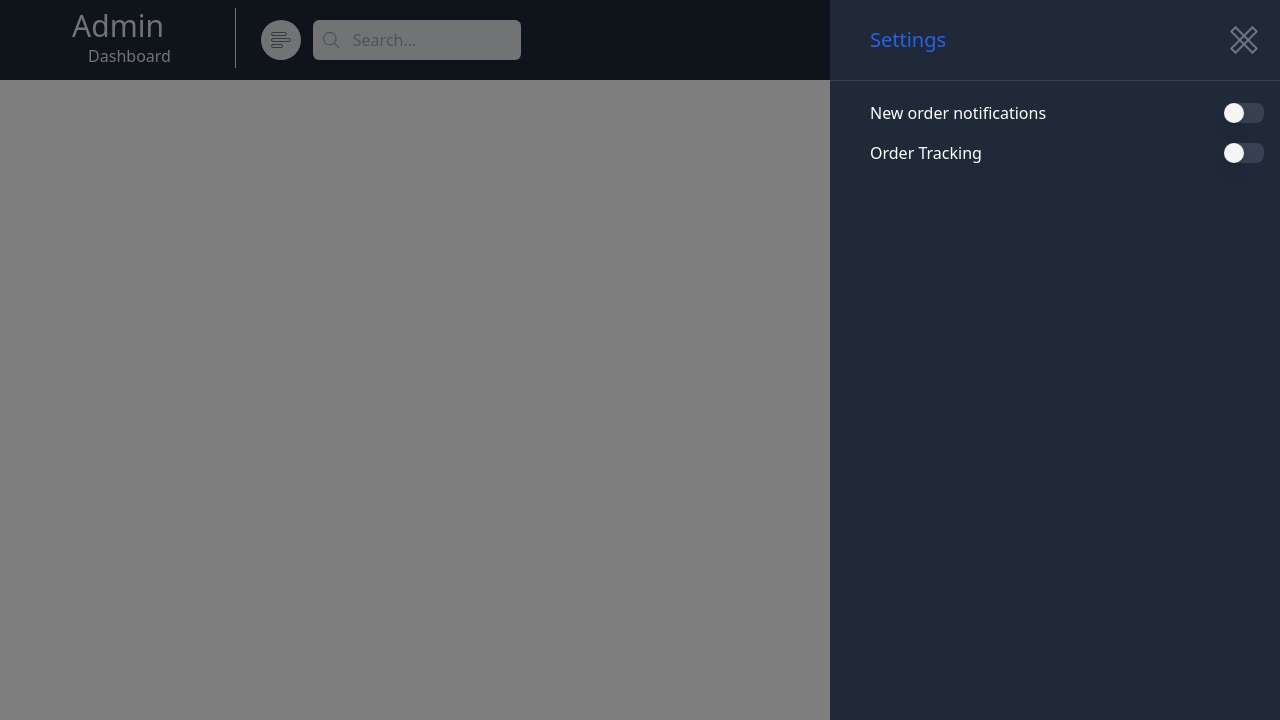
Repository: hsumyatm7308/Dashboard
Page: task/resources/views/dashboard.html
An editor plug-in stored every save of this project. The page is shown before and after the next save, followed by the edit.
The browser window is 1280 px wide. The pictures show the whole page.
Some web libraries are served in a nearby version.

Above is the page before, as saved 2023-09-18 19:09:13.

### task/resources/views/dashboard.html
<!DOCTYPE html>
<html>

<head>
    <title>Dashboard</title>
    <script src="https://cdn.tailwindcss.com"></script>

</head>

<style>
    #toggle-switch:checked+.relative .rounded-full {
        transform: translate-x-full;
    }
</style>

<body>
    <section>
        <nav class="w-screen bg-gray-800">
            <div class=" flex justify-end items-center relative p-2">
                <div
                    class="lg:w-[20%] md:w-[30%] md:block hidden flex justify-center items-center absolute left-0 top-0 p-2">
                    <!-- side bar  -->
                    <div class="w-[95%]  flex justify-center items-center border-r">
                        <!-- brand  -->
                        <div class="text-gray-200 ">
                            <span class="text-3xl"> Admin</span>
                            <p class="indent-4">Dashboard</p>
                        </div>

                    </div>

                </div>
                <div class="lg:w-[80%] md:w-[70%] sm:w-full  flex justify-between items-center p-3 pl-0">
                    <div class="flex justify-center items-center ml-4 md:ml-0">
                        <div class="w-10 h-10 flex justify-center items-center flex-col rounded-full bg-gray-200">
                            <div>
                                <div class="w-4 h-1 border border-gray-500 rounded mb-[2px]"></div>
                                <div class="w-5 h-1 border border-gray-500 rounded mb-[2px]"></div>
                                <div class="w-3 h-1 border border-gray-500 rounded "></div>
                            </div>
                        </div>
                        <form action="" method="post">
                            <div class="relative ml-3">
                                <svg xmlns="http://www.w3.org/2000/svg" fill="none" viewBox="0 0 24 24"
                                    stroke-width="1.5" stroke="currentColor"
                                    class="w-5 h-5 absolute left-2 top-[10px] text-gray-400">
                                    <path stroke-linecap="round" stroke-linejoin="round"
                                        d="M21 21l-5.197-5.197m0 0A7.5 7.5 0 105.196 5.196a7.5 7.5 0 0010.607 10.607z" />
                                </svg>

                                <input type="search"
                                    class="w-52 bg-gray-200 rounded-md outline-none focus:ring-2 focus:ring-blue-500 pl-10 py-2 px-1"
                                    placeholder="Search...">
                            </div>

                        </form>
                    </div>

                    <div class="md:mr-10 sm:mr-0 flex justify-center items-center">
                        <div
                            class="w-16 bg-gray-200 text-gray-600 rounded-lg flex justify-center items-center hidden md:flex cursor-pointer hover:bg-gray-300  py-2 mr-3 ">
                            <svg xmlns="http://www.w3.org/2000/svg" fill="none" viewBox="0 0 24 24" stroke-width="1.5"
                                stroke="currentColor" class="w-6 h-6">
                                <path stroke-linecap="round" stroke-linejoin="round"
                                    d="M9.594 3.94c.09-.542.56-.94 1.11-.94h2.593c.55 0 1.02.398 1.11.94l.213 1.281c.063.374.313.686.645.87.074.04.147.083.22.127.324.196.72.257 1.075.124l1.217-.456a1.125 1.125 0 011.37.49l1.296 2.247a1.125 1.125 0 01-.26 1.431l-1.003.827c-.293.24-.438.613-.431.992a6.759 6.759 0 010 .255c-.007.378.138.75.43.99l1.005.828c.424.35.534.954.26 1.43l-1.298 2.247a1.125 1.125 0 01-1.369.491l-1.217-.456c-.355-.133-.75-.072-1.076.124a6.57 6.57 0 01-.22.128c-.331.183-.581.495-.644.869l-.213 1.28c-.09.543-.56.941-1.11.941h-2.594c-.55 0-1.02-.398-1.11-.94l-.213-1.281c-.062-.374-.312-.686-.644-.87a6.52 6.52 0 01-.22-.127c-.325-.196-.72-.257-1.076-.124l-1.217.456a1.125 1.125 0 01-1.369-.49l-1.297-2.247a1.125 1.125 0 01.26-1.431l1.004-.827c.292-.24.437-.613.43-.992a6.932 6.932 0 010-.255c.007-.378-.138-.75-.43-.99l-1.004-.828a1.125 1.125 0 01-.26-1.43l1.297-2.247a1.125 1.125 0 011.37-.491l1.216.456c.356.133.751.072 1.076-.124.072-.044.146-.087.22-.128.332-.183.582-.495.644-.869l.214-1.281z" />
                                <path stroke-linecap="round" stroke-linejoin="round"
                                    d="M15 12a3 3 0 11-6 0 3 3 0 016 0z" />
                            </svg>
                            <span class="ml-2 mr-1 text-blue-600">3</span>
                        </div>


                        <div
                            class="w-16 bg-gray-200 text-gray-600 rounded-lg flex justify-center items-center cursor-pointer hover:bg-gray-300 py-2 mr-3 nav-toggle-item">
                            <svg xmlns="http://www.w3.org/2000/svg" fill="none" viewBox="0 0 24 24" stroke-width="1.5"
                                stroke="currentColor" class="w-6 h-6">
                                <path stroke-linecap="round" stroke-linejoin="round"
                                    d="M14.857 17.082a23.848 23.848 0 005.454-1.31A8.967 8.967 0 0118 9.75v-.7V9A6 6 0 006 9v.75a8.967 8.967 0 01-2.312 6.022c1.733.64 3.56 1.085 5.455 1.31m5.714 0a24.255 24.255 0 01-5.714 0m5.714 0a3 3 0 11-5.714 0" />
                            </svg>

                            <span class="ml-2 mr-1 text-blue-600">3</span>
                        </div>


                        <div class="flex justify-center items-center">
                            <div class="w-10 h-10 flex justify-center items-center flex-col rounded-full bg-gray-200">
                                <img src="" alt="">
                            </div>
                            <div class="flex justify-center items-center ml-1 nav-toggle-item">
                                <span class="text-blue-600 cursor-pointer">James Luwis</span>

                                <svg xmlns="http://www.w3.org/2000/svg" fill="none" viewBox="0 0 24 24"
                                    stroke-width="1.5" stroke="currentColor"
                                    class="w-4 h-4 text-blue-600 mt-1 font-semibold">
                                    <path stroke-linecap="round" stroke-linejoin="round"
                                        d="M19.5 8.25l-7.5 7.5-7.5-7.5" />
                                </svg>

                            </div>
                        </div>

                        <div>

                        </div>
                    </div>
                </div>

            </div>


        </nav>

        <!-- notification modal  -->
        <div class="" hidden>
            <div class="w-64 bg-gray-800 border rounded shadow-lg absolute right-5 md:right-52 top-20 mt-1 modal">
                <div class="text-gray-200 flex justify-center items-center flex-col pb-3">
                    <div class="w-full flex justify-center items-center border-b border-b-gray-100">
                        <div class="p-3">
                            <a href="" class="text-xl text-blue-600 capitalize">notifications</a>

                        </div>
                    </div>

                    <div class="py-4">
                        <div class="flex  items-center self-start pb-4">
                            <div class="w-12 h-12 flex justify-center items-center bg-blue-100 text-blue-500 mr-3">
                                <svg xmlns="http://www.w3.org/2000/svg" fill="none" viewBox="0 0 24 24"
                                    stroke-width="1.5" stroke="currentColor" class="w-6 h-6">
                                    <path stroke-linecap="round" stroke-linejoin="round"
                                        d="M12 8.25v-1.5m0 1.5c-1.355 0-2.697.056-4.024.166C6.845 8.51 6 9.473 6 10.608v2.513m6-4.87c1.355 0 2.697.055 4.024.165C17.155 8.51 18 9.473 18 10.608v2.513m-3-4.87v-1.5m-6 1.5v-1.5m12 9.75l-1.5.75a3.354 3.354 0 01-3 0 3.354 3.354 0 00-3 0 3.354 3.354 0 01-3 0 3.354 3.354 0 00-3 0 3.354 3.354 0 01-3 0L3 16.5m15-3.38a48.474 48.474 0 00-6-.37c-2.032 0-4.034.125-6 .37m12 0c.39.049.777.102 1.163.16 1.07.16 1.837 1.094 1.837 2.175v5.17c0 .62-.504 1.124-1.125 1.124H4.125A1.125 1.125 0 013 20.625v-5.17c0-1.08.768-2.014 1.837-2.174A47.78 47.78 0 016 13.12M12.265 3.11a.375.375 0 11-.53 0L12 2.845l.265.265zm-3 0a.375.375 0 11-.53 0L9 2.845l.265.265zm6 0a.375.375 0 11-.53 0L15 2.845l.265.265z" />
                                </svg>


                            </div>

                            <span class="">
                                <span class="block">John's birthday.</span>
                                <span class="text-xs">12 Feb 2023, 3:33 PM</span>
                            </span>
                        </div>

                        <div class="flex justify- items-center self-start mb-3">
                            <div class="w-12 h-12 flex justify-center items-center bg-green-100  text-green-500 mr-3">
                                <svg xmlns="http://www.w3.org/2000/svg" fill="none" viewBox="0 0 24 24"
                                    stroke-width="1.5" stroke="currentColor" class="w-6 h-6">
                                    <path stroke-linecap="round" stroke-linejoin="round"
                                        d="M2.25 18L9 11.25l4.306 4.307a11.95 11.95 0 015.814-5.519l2.74-1.22m0 0l-5.94-2.28m5.94 2.28l-2.28 5.941" />
                                </svg>


                            </div>

                            <span class="">
                                <span class="block">New trend for you.</span>
                                <span class="text-xs">12 Feb 2023, 3:33 PM</span>
                            </span>
                        </div>

                        <div class="flex justify- items-center self-start pb-4">
                            <div class="w-12 h-12 flex justify-center items-center bg-red-100 text-red-500 mr-3">
                                <svg xmlns="http://www.w3.org/2000/svg" fill="none" viewBox="0 0 24 24"
                                    stroke-width="1.5" stroke="currentColor" class="w-6 h-6">
                                    <path stroke-linecap="round" stroke-linejoin="round"
                                        d="M6.633 10.5c.806 0 1.533-.446 2.031-1.08a9.041 9.041 0 012.861-2.4c.723-.384 1.35-.956 1.653-1.715a4.498 4.498 0 00.322-1.672V3a.75.75 0 01.75-.75A2.25 2.25 0 0116.5 4.5c0 1.152-.26 2.243-.723 3.218-.266.558.107 1.282.725 1.282h3.126c1.026 0 1.945.694 2.054 1.715.045.422.068.85.068 1.285a11.95 11.95 0 01-2.649 7.521c-.388.482-.987.729-1.605.729H13.48c-.483 0-.964-.078-1.423-.23l-3.114-1.04a4.501 4.501 0 00-1.423-.23H5.904M14.25 9h2.25M5.904 18.75c.083.205.173.405.27.602.197.4-.078.898-.523.898h-.908c-.889 0-1.713-.518-1.972-1.368a12 12 0 01-.521-3.507c0-1.553.295-3.036.831-4.398C3.387 10.203 4.167 9.75 5 9.75h1.053c.472 0 .745.556.5.96a8.958 8.958 0 00-1.302 4.665c0 1.194.232 2.333.654 3.375z" />
                                </svg>

                            </div>

                            <span class="">
                                <span class="block">Admin has new like.</span>
                                <span class="text-xs">12 Feb 2023, 3:33 PM</span>
                            </span>
                        </div>
                    </div>

                </div>
            </div>
        </div>

        <!-- useraccount modal  -->
        <div class="" hidden>
            <div class="w-52 bg-gray-800 border rounded shadow-lg absolute right-5 md:right-12 top-20 mt-1 modal">
                <div class="text-gray-200 flex justify-center items-center flex-col pb-3">
                    <div class="w-full flex justify-center items-center border-b border-b-gray-100">
                        <div class="p-3">
                            <a href="" class="text-xl text-blue-600 capitalize">James Luwis</a>

                        </div>
                    </div>
                    <div class="flex justify-center items-center self-start p-3">
                        <svg xmlns="http://www.w3.org/2000/svg" fill="none" viewBox="0 0 24 24" stroke-width="1.5"
                            stroke="currentColor" class="w-6 h-6 ">
                            <path stroke-linecap="round" stroke-linejoin="round"
                                d="M15.75 6a3.75 3.75 0 11-7.5 0 3.75 3.75 0 017.5 0zM4.501 20.118a7.5 7.5 0 0114.998 0A17.933 17.933 0 0112 21.75c-2.676 0-5.216-.584-7.499-1.632z" />
                        </svg>

                        <a href="" class="ml-2">My Account</a>
                    </div>

                    <div class="flex justify-center items-center self-start p-3">
                        <svg xmlns="http://www.w3.org/2000/svg" fill="none" viewBox="0 0 24 24" stroke-width="1.5"
                            stroke="currentColor" class="w-6 h-6">
                            <path stroke-linecap="round" stroke-linejoin="round"
                                d="M21.75 6.75v10.5a2.25 2.25 0 01-2.25 2.25h-15a2.25 2.25 0 01-2.25-2.25V6.75m19.5 0A2.25 2.25 0 0019.5 4.5h-15a2.25 2.25 0 00-2.25 2.25m19.5 0v.243a2.25 2.25 0 01-1.07 1.916l-7.5 4.615a2.25 2.25 0 01-2.36 0L3.32 8.91a2.25 2.25 0 01-1.07-1.916V6.75" />
                        </svg>


                        <a href="" class="ml-1">Email</a>
                    </div>

                    <div class="flex justify-center items-center self-start p-3 pb-4">
                        <svg xmlns="http://www.w3.org/2000/svg" fill="none" viewBox="0 0 24 24" stroke-width="1.5"
                            stroke="currentColor" class="w-6 h-6">
                            <path stroke-linecap="round" stroke-linejoin="round"
                                d="M5.636 5.636a9 9 0 1012.728 0M12 3v9" />
                        </svg>


                        <a href="" class="ml-2">Log Out</a>
                    </div>

                </div>
            </div>
        </div>


        <!-- setting modal  -->
        <div>
            <div class="modal flex justify-center items-center">

                <div
                    class="w-full h-[100vh] bg-[linear-gradient(rgba(0,0,0,.5),rgba(0,0,0,.5))] fixed left-0 top-0 modal-dialog">
                </div>

                <div class="w-[450px] h-[100vh] bg-gray-800  absolute z-10 right-0 top-0">

                    <div class="w-full flex items-center border-b border-b-gray-700   pl-10 pr-4  py-5 ">
                        <div class="w-full text-white flex justify-between items-center">
                            <h3 class="text-xl text-blue-600">Settings</h3>
                            <div class="w-10 h-10 flex justify-center items-center flex-col rounded-full  bg-100">
                                <div class="w-8 h-2 border-2 border-gray-500 transform rotate-45 translate-y-1"></div>
                                <div class="w-8 h-2 border-2 border-gray-500 transform -rotate-45 -translate-y-1"></div>
                            </div>
                        </div>
                    </div>


                    <div>
                        <div class=" pl-10 pr-4  py-5">
                            <ul>
                                <li class="text-white flex justify-between items-center mb-4">
                                    <span class="">New order notifications</span>
                                    <label for="toggle-switch" class="flex items-center cursor-pointer">
                                        <input type="checkbox" id="toggle-switch" class="hidden togglebtn">
                                        <div class="relative w-10 h-5 bg-gray-700 rounded-lg">
                                            <div
                                                class="absolute left-0 w-5 h-5 rounded-full bg-stone-100 drop-shadow-lg transform translate-x-0 transition-transform slide">
                                            </div>
                                        </div>
                                    </label>
                                </li>

                                <li class="text-white flex justify-between items-center mb-4">
                                    <span class="">Order Tracking</span>
                                    <label for="toggle-switch2" class="flex items-center cursor-pointer">
                                        <input type="checkbox" id="toggle-switch2" class="hidden togglebtn">
                                        <div class="relative w-10 h-5 bg-gray-700 rounded-lg">
                                            <div
                                                class="absolute left-0 w-5 h-5 rounded-full bg-stone-100 drop-shadow-lg transform translate-x-0 transition-transform slide">
                                            </div>
                                        </div>
                                    </label>
                                </li>


                            </ul>
                        </div>
                    </div>


                </div>


            </div>

        </div>



    </section>




    <script>
        const navtoggleitem = document.querySelectorAll('.nav-toggle-item');
        const useraccountmodal = document.querySelectorAll('.modal');

        Array.from(navtoggleitem).forEach((ele, idx) => {
            ele.addEventListener('click', function () {
                useraccountmodal[idx].parentElement.toggleAttribute('hidden');
            });
        });


        function updatetogglestate(idx, checked) {
            localStorage.setItem(`toggle_${idx}`, JSON.stringify(checked));
        }



        function gettogglestate(idx) {

            const savestate = localStorage.getItem(`toggle_${idx}`);
            console.log(savestate)

            return savestate ? JSON.parse(savestate) : false;




        }
        gettogglestate();


        const toggleSwitches = document.querySelectorAll('.togglebtn');

        toggleSwitches.forEach((toggleswitch, idx) => {

            toggleswitch.checked = gettogglestate(idx);




            toggleswitch.addEventListener('change', function () {
                const slide = document.querySelectorAll('.slide');
                if (this.checked) {
                    slide[idx].classList.replace('left-0', 'right-0');
                    slide[idx].parentElement.classList.replace('bg-gray-700', 'bg-gray-500');
                } else {
                    slide[idx].classList.replace('right-0', 'left-0');
                    slide[idx].parentElement.classList.replace('bg-gray-500', 'bg-gray-700');
                }

                updatetogglestate(idx, this.checked)


                console.log(localStorage.getItem(`toggle_${idx}`) === 'false')

            });


        });


    </script>
</body>

</html>

After the next save:
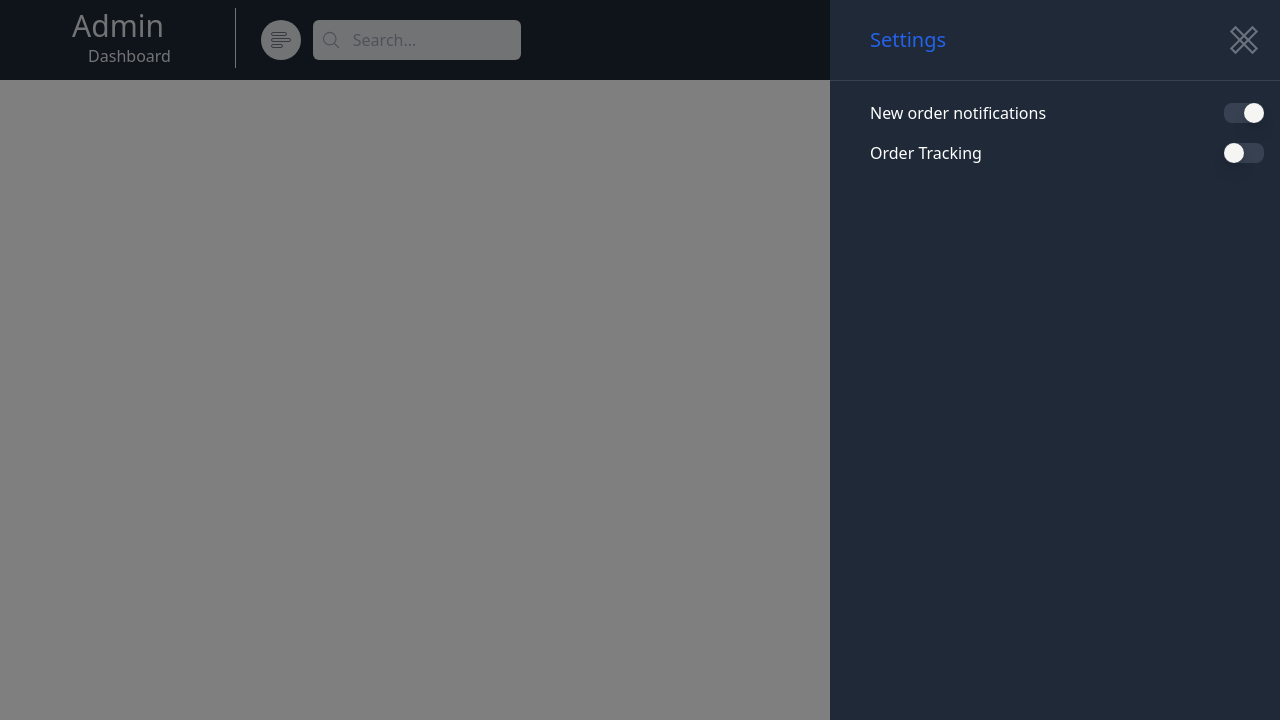
Saved 36 s later.
--- a/task/resources/views/dashboard.html
+++ b/task/resources/views/dashboard.html
@@ -254,7 +254,7 @@
                                         <input type="checkbox" id="toggle-switch" class="hidden togglebtn">
                                         <div class="relative w-10 h-5 bg-gray-700 rounded-lg">
                                             <div
-                                                class="absolute left-0 w-5 h-5 rounded-full bg-stone-100 drop-shadow-lg transform translate-x-0 transition-transform slide">
+                                                class="absolute right-0 w-5 h-5 rounded-full bg-stone-100 drop-shadow-lg transform translate-x-0 transition-transform slide">
                                             </div>
                                         </div>
                                     </label>

After the 2 saves that followed:
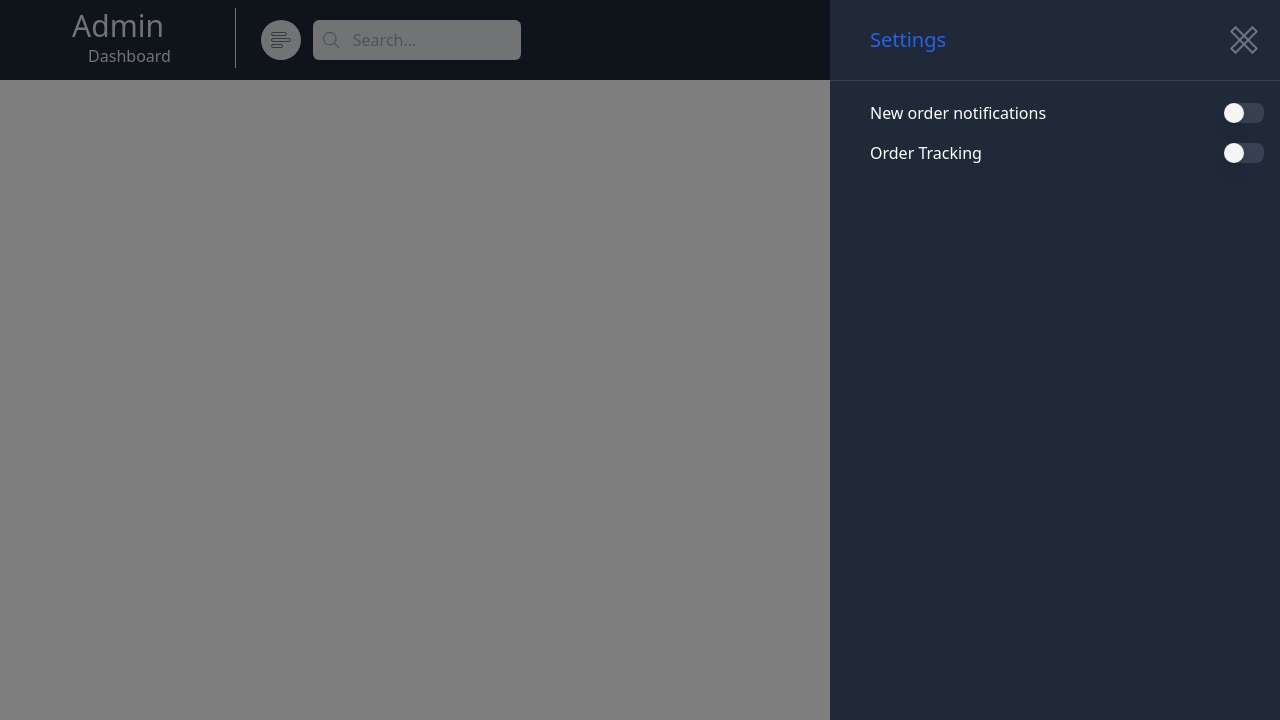
The 2 saves are shown as one change because 1 left the picture as it was.
The last was saved 45 s later.
--- a/task/resources/views/dashboard.html
+++ b/task/resources/views/dashboard.html
@@ -254,7 +254,7 @@
                                         <input type="checkbox" id="toggle-switch" class="hidden togglebtn">
                                         <div class="relative w-10 h-5 bg-gray-700 rounded-lg">
                                             <div
-                                                class="absolute right-0 w-5 h-5 rounded-full bg-stone-100 drop-shadow-lg transform translate-x-0 transition-transform slide">
+                                                class="absolute left-0 w-5 h-5 rounded-full bg-stone-100 drop-shadow-lg transform translate-x-0 transition-transform slide">
                                             </div>
                                         </div>
                                     </label>
@@ -317,6 +317,10 @@
             return savestate ? JSON.parse(savestate) : false;
 
 
+            if(savestate){
+
+            }
+
 
 
         }
